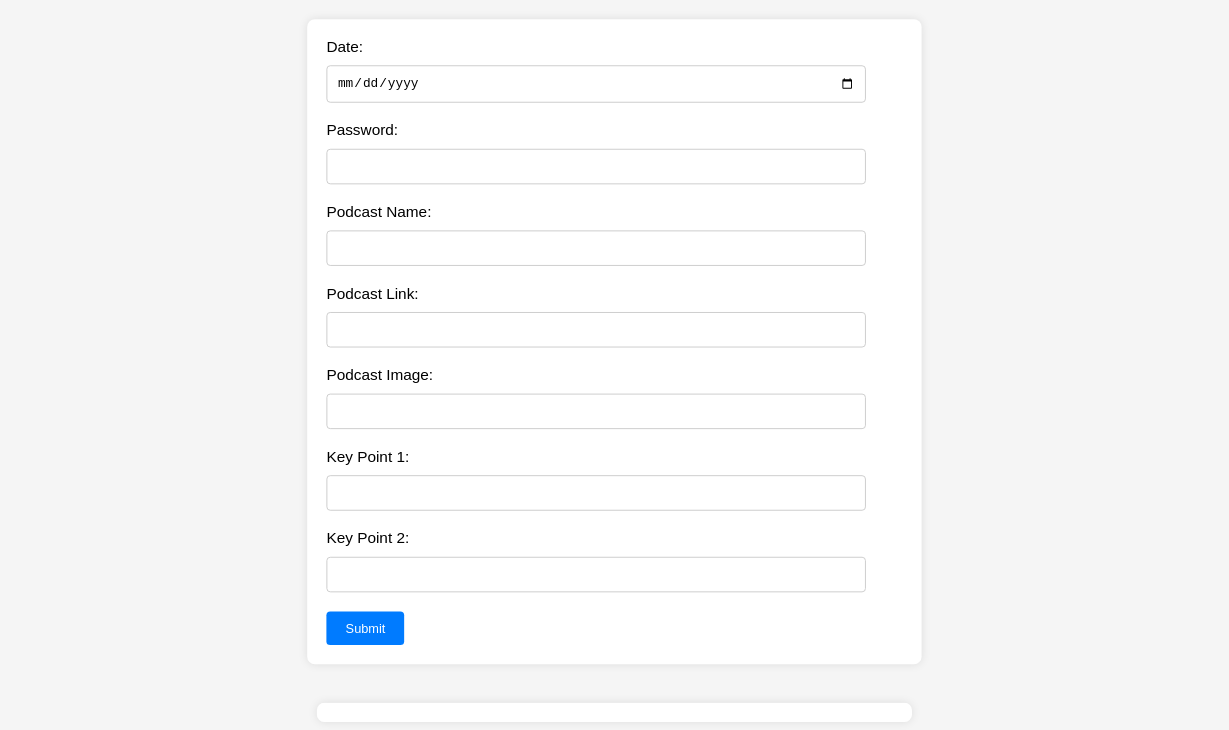
Repository: fechinmitchell/thedailyonepercent
Page: form.html
An editor plug-in stored every save of this project. The page is shown before and after the next save, followed by the edit.
The browser window is 1280 px wide. The pictures show the whole page, at 96% of full size.

Above is the page before, as saved 2023-06-25 21:59:34.

After the next save:
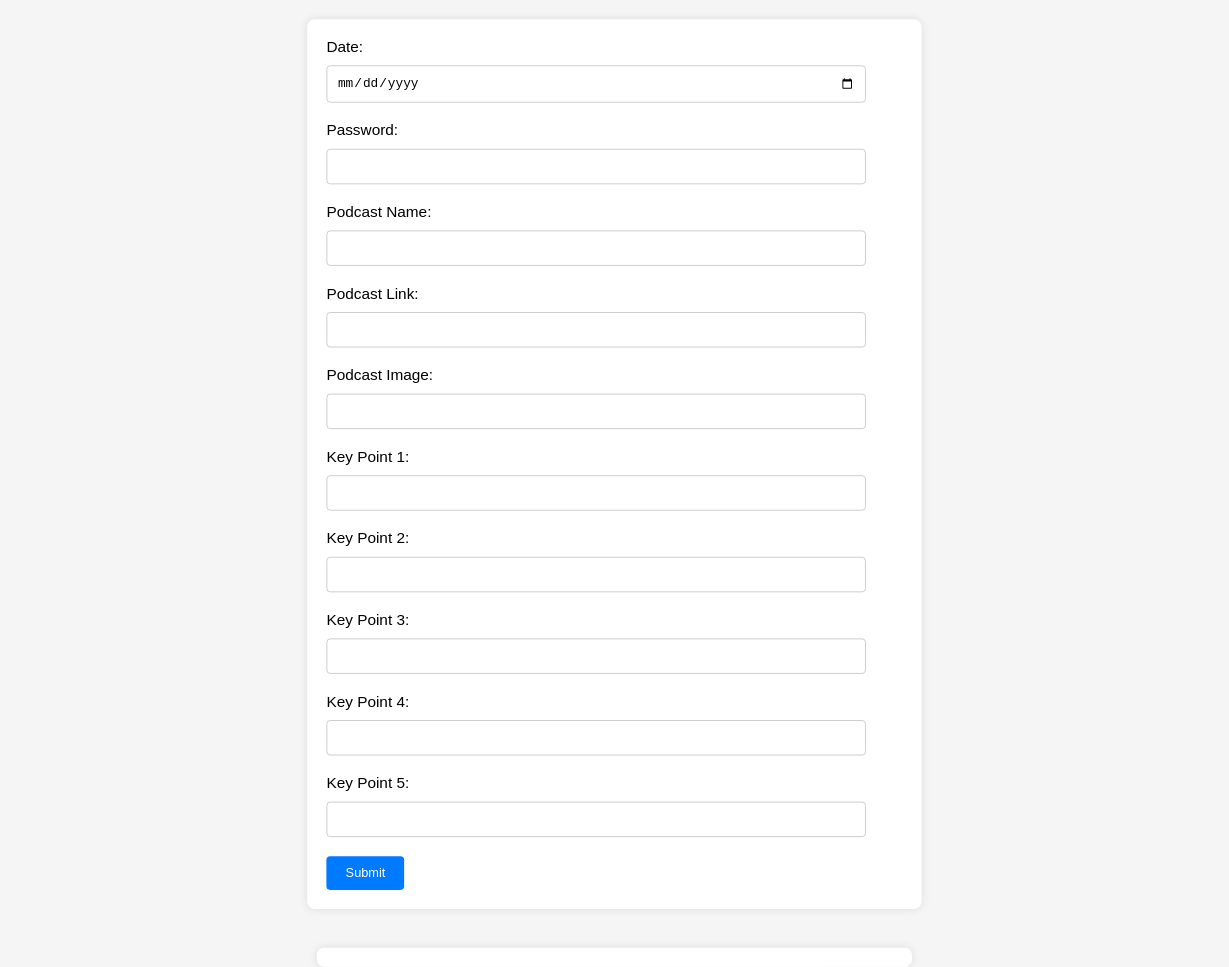
Saved 4 min 7 s later.
--- a/form.html
+++ b/form.html
@@ -21,12 +21,20 @@
       <label for="podcastImage">Podcast Image:</label>
       <input type="text" id="podcastImage" name="podcastImage" required>
 
-        <label for="point1">Key Point 1:</label>
-        <input type="text" id="point1" name="point1" required>
+      <label for="point1">Key Point 1:</label>
+      <input type="text" id="point1" name="point1" required>
 
-        <label for="point2">Key Point 2:</label>
-        <input type="text" id="point2" name="point2" required>
+      <label for="point2">Key Point 2:</label>
+      <input type="text" id="point2" name="point2" required>
 
+      <label for="point3">Key Point 3:</label>
+      <input type="text" id="point3" name="point3" required>
+
+      <label for="point4">Key Point 4:</label>
+      <input type="text" id="point4" name="point4" required>
+
+      <label for="point5">Key Point 5:</label>
+      <input type="text" id="point5" name="point5" required>
 
       <button type="button" id="submit">Submit</button>
     </form>
